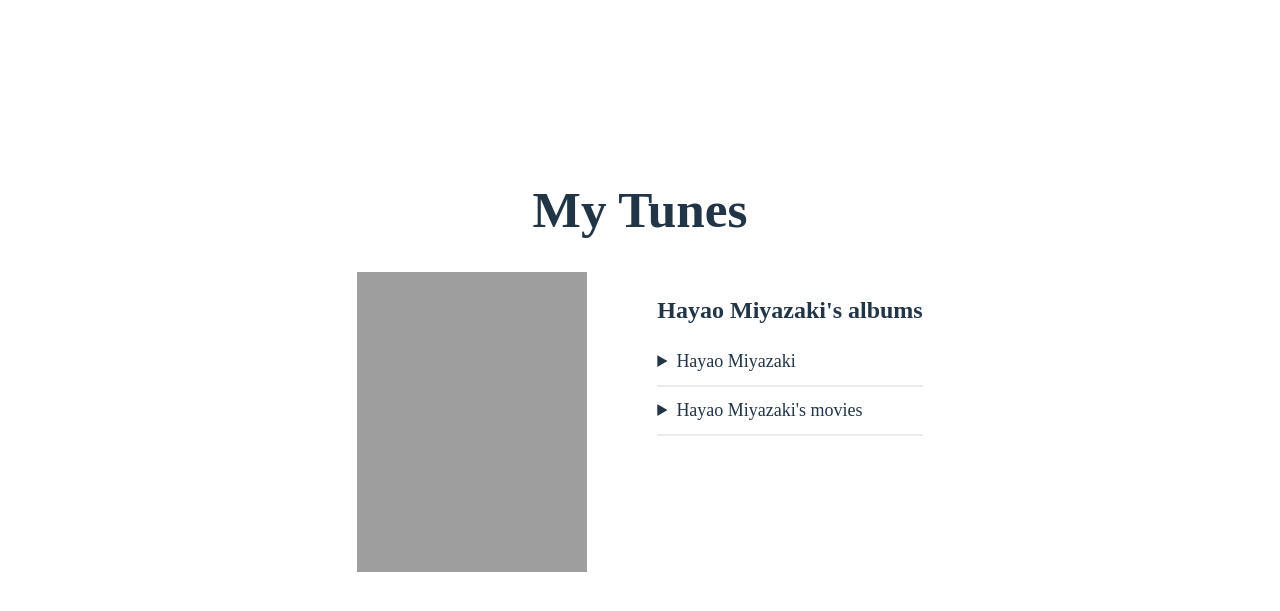
Repository: SamanthaYan298/my_app
Page: /
The author's editor kept a copy of each file at every save. The page is drawn from the files as they stood at one save, then again after the next save.
The browser window is 1280 px wide. The pictures show the whole page.
Pictures or frames that could not be fetched are drawn as grey boxes. The project was rebuilt for these pictures with package versions that can differ from the ones it lists, and the page was loaded fresh each time. Also part of the build but not shown: vite.config.js.

Above is the page before, as saved 2024-09-14 16:31:19.

### src/App.jsx
import './App.css';

function App() {

  return (
    <>
      <div className='title'>
        <h1>My Tunes</h1>
        <div className="all">
        <div className='photo'>
          <img src="https://www.hollywoodreporter.com/wp-content/uploads/2013/09/hayao_miyazaki_-_h_-_2013.jpg?w=1024" alt="Hayao Miyazaki" height={300} width={230}/>
        </div>
        <div>
          <h2>Hayao Miyazaki's albums</h2>
          <details className='categories'>
            <summary>Hayao Miyazaki</summary>
            <ol>
              <li>Japanese animator</li>
              <li>Filmmaker</li>
              <li>Manga artist</li>
              <li>A founder of Studio Ghibli</li>
              <li>Oscar awards: 89 wins & 62 nominations</li>
            </ol>
          </details>
          <details className='categories'>
            <summary className='open'>Hayao Miyazaki's movies</summary>
            <ol>
              <li>Castle in the Sky</li>
              <li>Kiki's Delivery Service</li>
              <li>Howl's Moving Castle</li>
              <li>Princess Mononoke</li>
              <li>Spirited Away</li>
            </ol>
          </details>
        </div>
      </div>
      </div>
    </>
  )
}

export default App

### src/App.css
#root {
  margin: 0 auto;
  padding: 2rem;
  text-align: left;
  font-family: "PT Serif", serif;
  font-weight: 400;
  font-style: normal;;
}

.photo,
.all {
  display: flex;
  flex-direction: row;
  gap: 70px;
  text-align: left;
}

.title {
  text-align: center;
}

.categories {
  padding-bottom: 10px;
  font-size: 18px;
}

.categories summary {
  border-bottom: 2px solid rgb(235, 235, 235);
  padding-bottom: 10px;
}

.categories[open] summary{
  padding: 10px;
  background-color: rgb(235, 235, 235);
}

Loaded but not shown: index.html (common file); src/main.jsx (common file); src/index.css (common file)

After the next save:
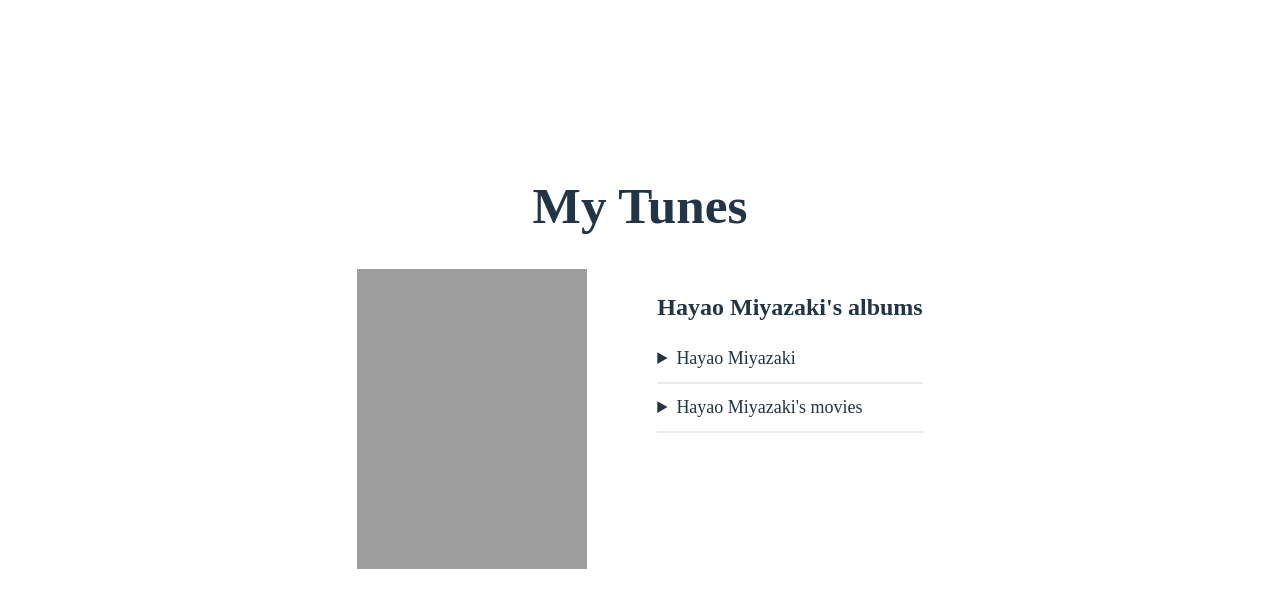
Saved 12 s later.
--- a/src/App.css
+++ b/src/App.css
@@ -7,7 +7,6 @@
   font-style: normal;;
 }
 
-.photo,
 .all {
   display: flex;
   flex-direction: row;
